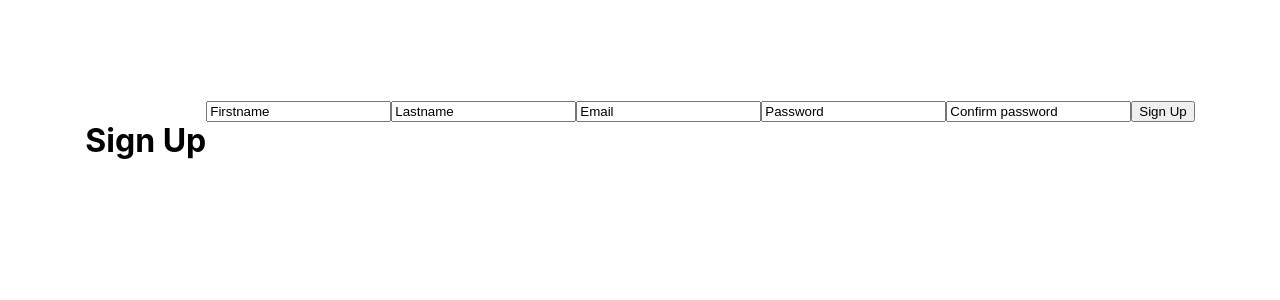
Repository: khamraeva/JSP-homework1-sighup
Page: /
These files come from the project's save history. The page is drawn as it stood at one moment and after the next save; the edit follows.
The browser window is 1280 px wide. The pictures show the whole page.
The project was rebuilt for these pictures with package versions that can differ from the ones it lists, and the page was loaded fresh each time.

Above is the page before, as saved 2020-07-22 16:27:05.

After the next save:
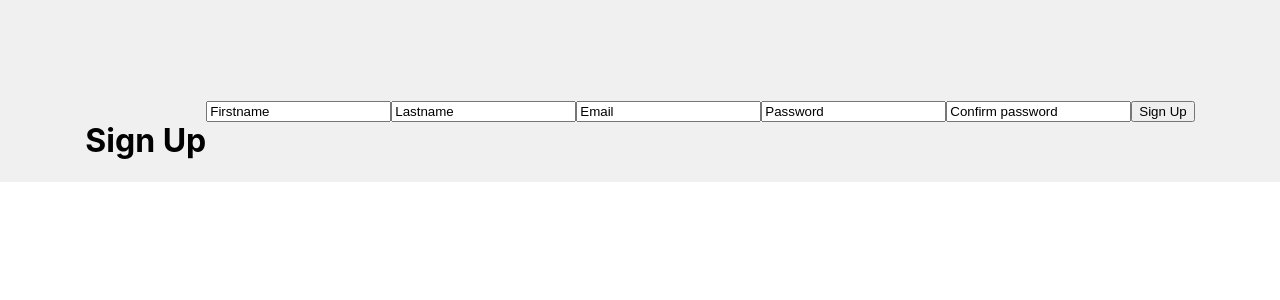
Saved 13 s later.
--- a/src/Components/SignUp/SignUp.css
+++ b/src/Components/SignUp/SignUp.css
@@ -4,5 +4,5 @@
     padding-top: 100px;
     flex-grow: 1;
     width: 100%;
-    background: rgb(239, green, blue)
+    background: rgb(239, 240, 239);
 }
